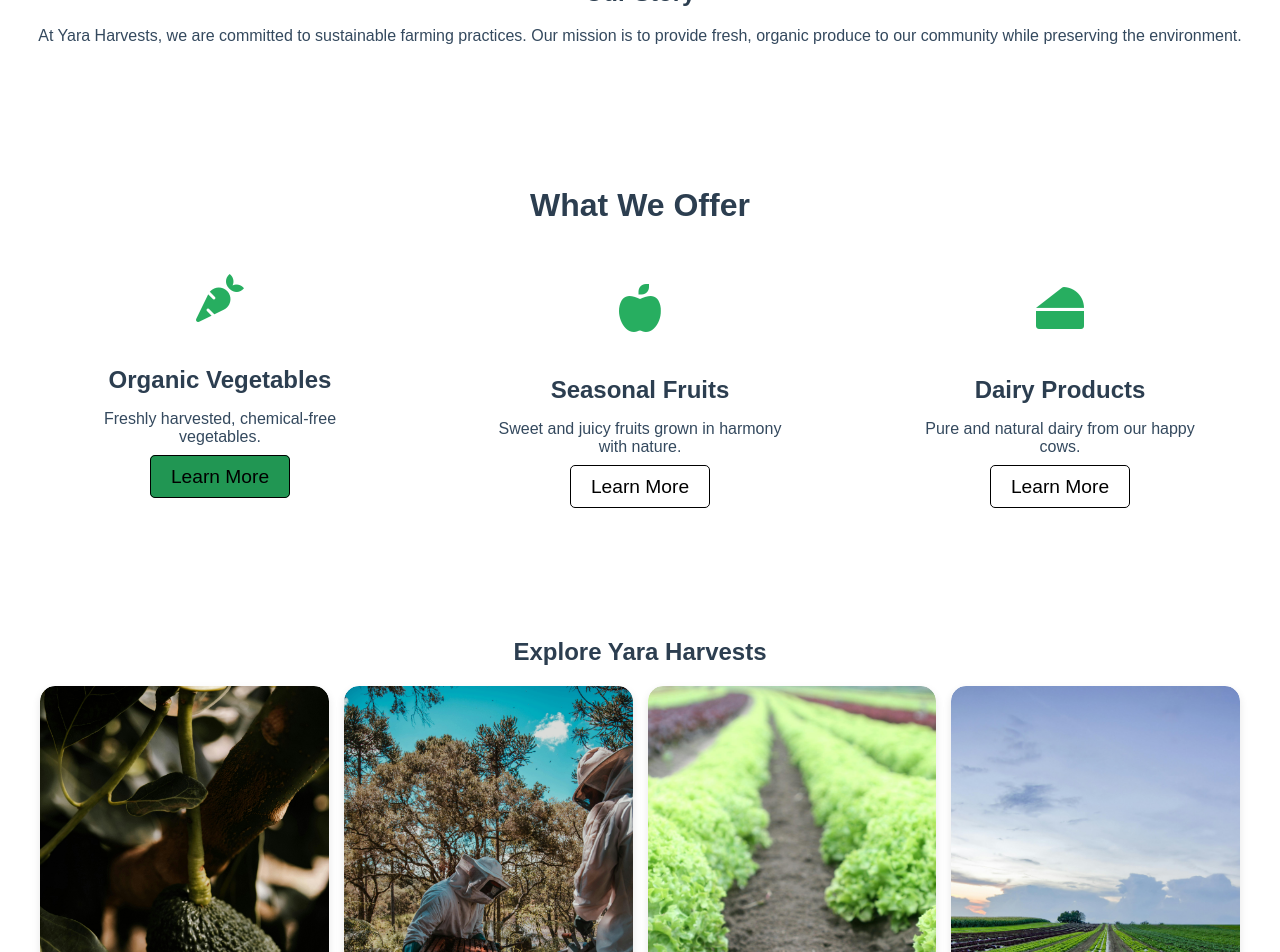
Repository: Kanyi-Manyara/yara-farm
Page: index.html
An editor plug-in stored every save of this project. The page is shown before and after a run of saves, followed by the edit.
The browser window is 1280 px wide. The pictures show the part of the page from y = 811 to 1763 px (the page is 3682 px tall).
The pointer rests on the first visible `.learn-more`.

Above is the page before, as saved 2025-02-22 13:55:34.
Console error: TypeError: Cannot read properties of null (reading 'addEventListener')

After the next 2 saves:
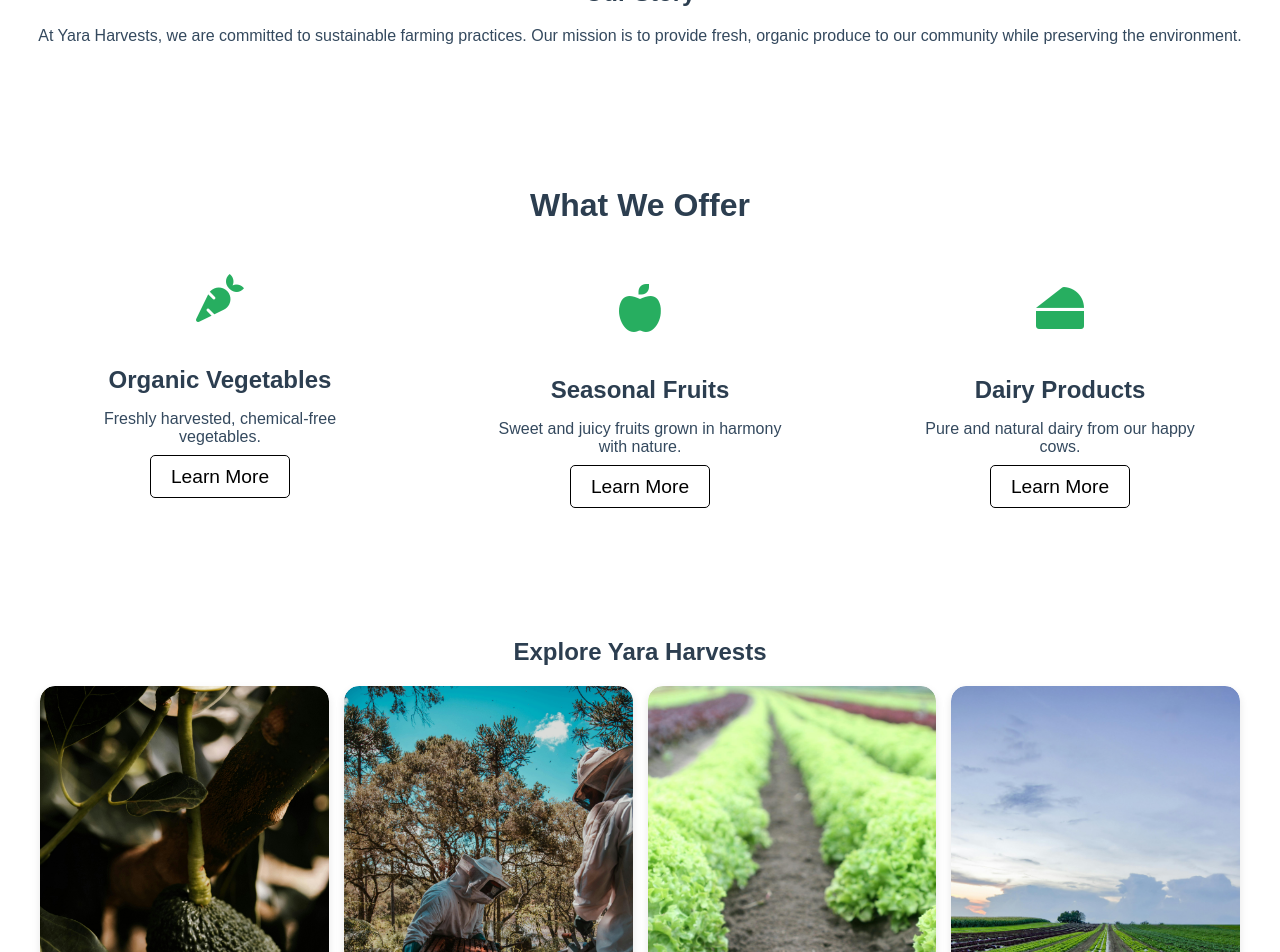
The 2 saves are shown as one change because they came seconds apart.
The last was saved 10 s later.
--- a/style.css
+++ b/style.css
@@ -234,7 +234,7 @@ body {
   }
 
   .learn-more:hover {
-    background: #219653;
+    background: white;
   }
   /* Gallery Section
   #gallery {
